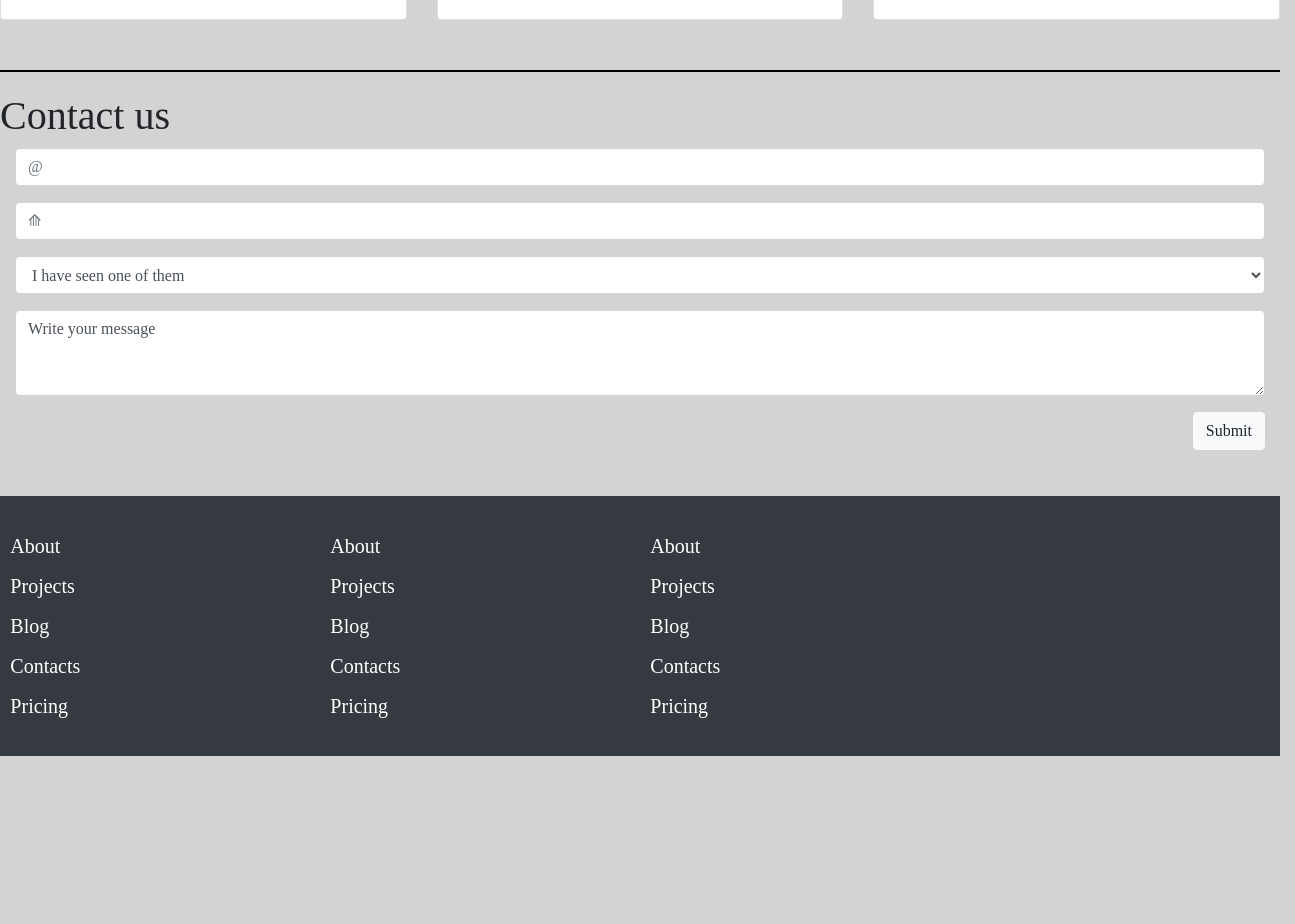
Repository: Khaleddwm/FindThePrecious
Page: index.html
These files come from the project's save history. The page is drawn as it stood at one moment and after the next save; the edit follows.
The browser window is 1280 px wide. The page is 1295 px wide, so the pictures cover 1295 px, including what lies to the right of the window. The pictures show the part of the page from y = 1840 to 2764 px (the page is 2764 px tall).
Some web fonts or font styles are not loaded; a fallback is used.

Above is the page before, as saved 2020-05-25 00:31:03.

After the next save:
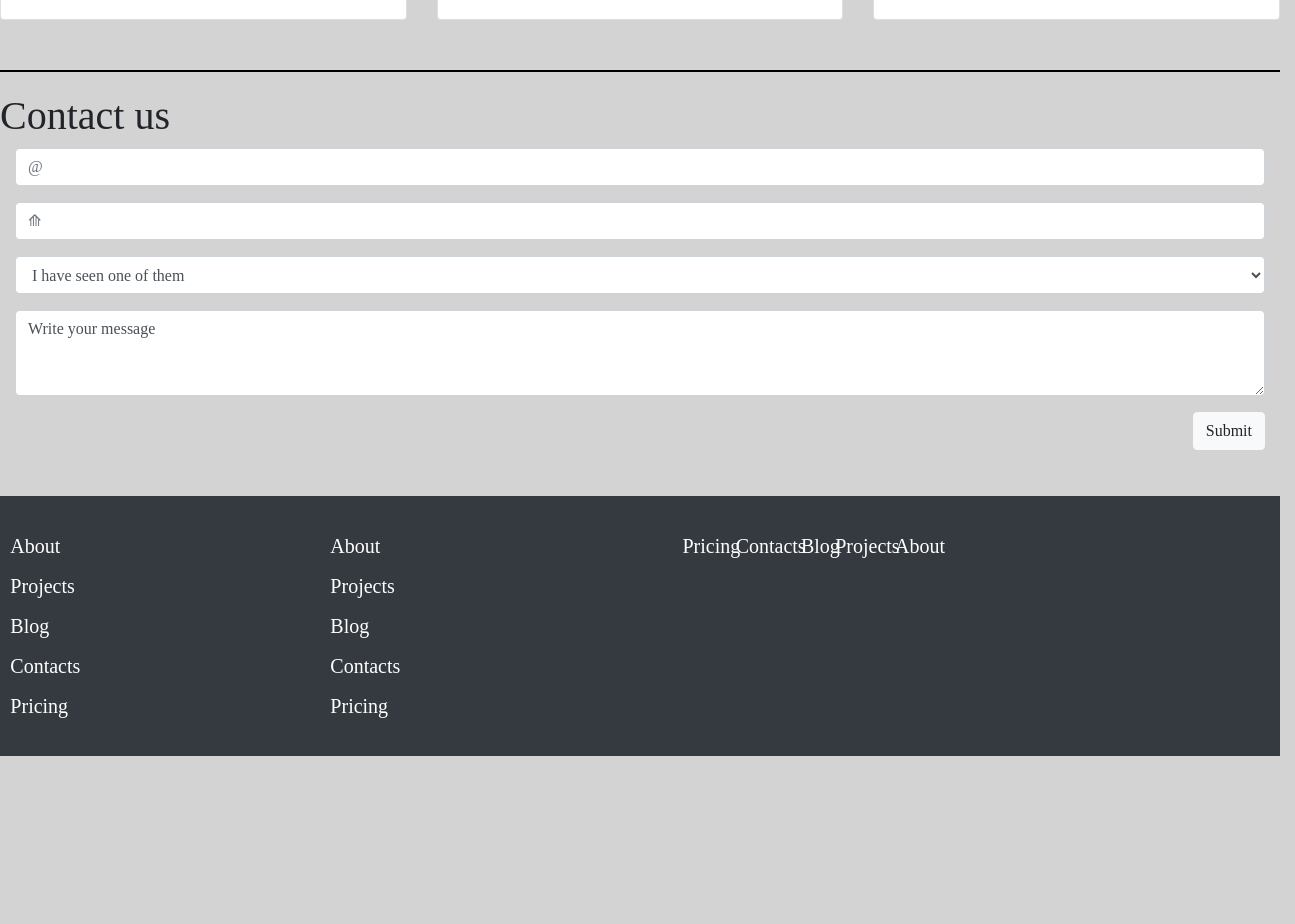
Saved 36 s later.
--- a/index.html
+++ b/index.html
@@ -152,7 +152,7 @@
                     </ul>
                 </div>
                 <div class="col-md-4 col-xl-3">
-                    <ul class="nav-list d-flex flex-column">
+                    <ul class="nav-list d-flex flex-column flex-row-reverse">
                         <li><a href="#">About</a></li>
                         <li><a href="#">Projects</a></li>
                         <li><a href="#">Blog</a></li>

After the save that followed:
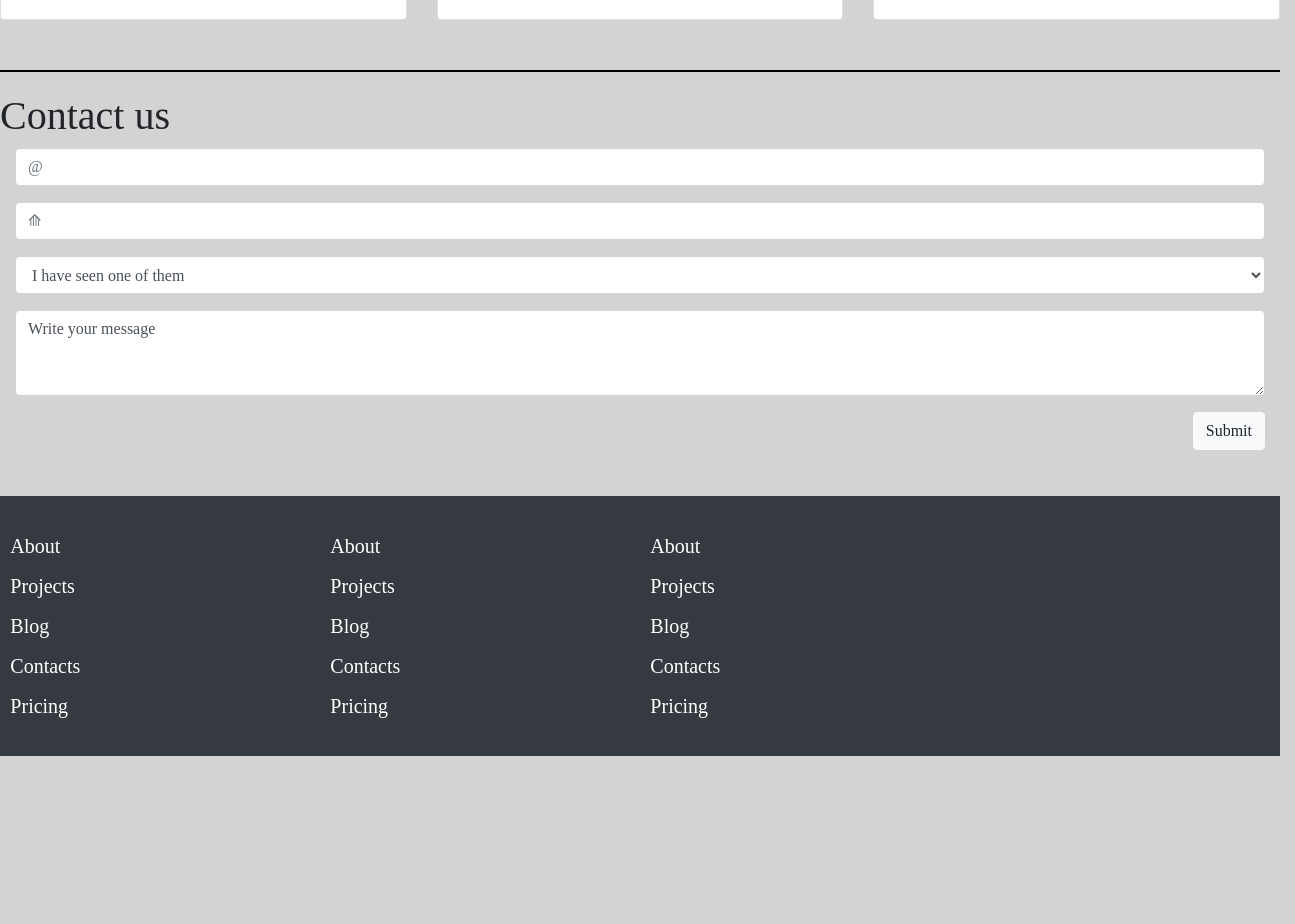
Saved 16 s later.
--- a/index.html
+++ b/index.html
@@ -152,7 +152,7 @@
                     </ul>
                 </div>
                 <div class="col-md-4 col-xl-3">
-                    <ul class="nav-list d-flex flex-column flex-row-reverse">
+                    <ul class="nav-list d-flex flex-column flex-column-row-reverse">
                         <li><a href="#">About</a></li>
                         <li><a href="#">Projects</a></li>
                         <li><a href="#">Blog</a></li>
